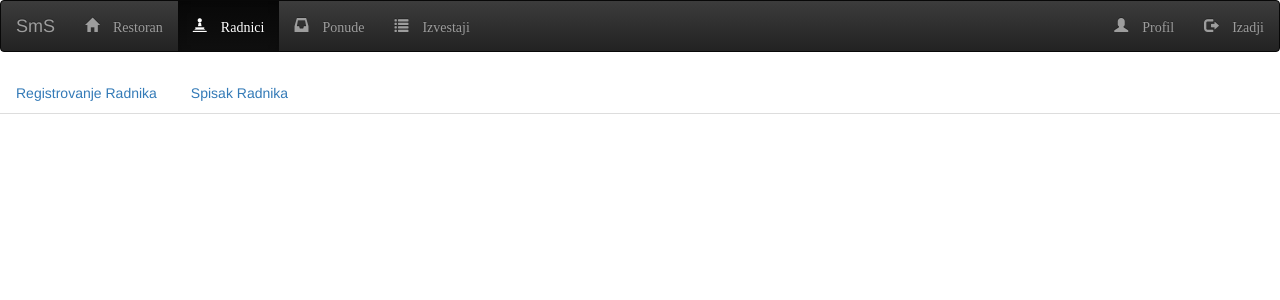
Repository: milanadam94/ISA-2016
Page: jpa-example/src/main/webapp/RestaurantManager/RestaurantManagerWorkers.html
The author's editor kept a copy of each file at every save. The page is drawn from the files as they stood at one save, then again after the next save.
The browser window is 1280 px wide. The pictures show the whole page.
Some web libraries are served in a nearby version.

Above is the page before, as saved 2017-03-01 08:41:00.

### jpa-example/src/main/webapp/RestaurantManager/RestaurantManagerWorkers.html
<!DOCTYPE html>
<html>
<head>
<meta charset="ISO-8859-1">
<title>Menadzer Restorana</title>

<!-- JQUERY -->
<script src="https://code.jquery.com/jquery-3.1.1.js" integrity="sha256-16cdPddA6VdVInumRGo6IbivbERE8p7CQR3HzTBuELA=" crossorigin="anonymous"></script>

<!-- BOOTSTRAP CSS -->
<link rel="stylesheet" href="https://maxcdn.bootstrapcdn.com/bootstrap/3.3.7/css/bootstrap.min.css" integrity="sha384-BVYiiSIFeK1dGmJRAkycuHAHRg32OmUcww7on3RYdg4Va+PmSTsz/K68vbdEjh4u" crossorigin="anonymous">

<!-- BOOTSTRAP THEME -->
<link rel="stylesheet" href="https://maxcdn.bootstrapcdn.com/bootstrap/3.3.7/css/bootstrap-theme.min.css" integrity="sha384-rHyoN1iRsVXV4nD0JutlnGaslCJuC7uwjduW9SVrLvRYooPp2bWYgmgJQIXwl/Sp" crossorigin="anonymous">

<!-- BOOTSTRAP JS -->
<script src="https://maxcdn.bootstrapcdn.com/bootstrap/3.3.7/js/bootstrap.min.js" integrity="sha384-Tc5IQib027qvyjSMfHjOMaLkfuWVxZxUPnCJA7l2mCWNIpG9mGCD8wGNIcPD7Txa" crossorigin="anonymous"></script>

<!-- ANGULAR JS -->
<script src="https://ajax.googleapis.com/ajax/libs/angularjs/1.6.1/angular.js"></script>

<script src="/JQuery-cookie-plugin/jquery.cookie.js"></script>

<!-- TOASTR -->
<!-- <script src="https://cdnjs.cloudflare.com/ajax/libs/toastr.js/latest/css/toastr.css"></script> -->

</head>
<body ng-app="restManager" ng-controller="restManagerWorkersController">

	<nav id="myNavbar" class="navbar navbar-inverse">
		<div class="container-fluid">
			<div class="navbar-header">
				<a class="navbar-brand">SmS</a>
			</div>
		<ul class="nav navbar-nav">
			<li><a href="RestaurantManager.html" ng-click="getRestaurant()"><span class="glyphicon glyphicon-home"> Restoran </span></a></li>
			<li class="active"><a href="RestaurantManagerWorkers.html"><span class="glyphicon glyphicon-pawn"> Radnici</span></a></li>
			<li><a href="RestaurantManagerOfferers.html"><span class="glyphicon glyphicon-inbox"> Ponude </span></a></li>
			<li><a href="RestourantManagerReport.html"><span class="glyphicon glyphicon-list"> Izvestaji </span></a></li>
		</ul>
		<ul class="nav navbar-nav navbar-right">
			<li><a href="#"><span class="glyphicon glyphicon-user"> Profil</span> </a>
			<li><a href="#"><span class="glyphicon glyphicon-log-out"> Izadji </span> </a>
		</ul>

		</div>
	</nav>


	<div>
		<div class="form-group">
			<ul class="nav nav-tabs">
				<li><a ng-click="registracija()">Registrovanje Radnika</a>
				<li><a ng-click="slisakRadnika()">Spisak Radnika</a>
			</ul>
		</div>


		<!--  REGISTRACIJA  -->
		<!--  ====================================================== -->
		<div ng-show="registrovanjeShow">
			<br/><br/><br/>
			<form class="form-horizontal">
  			<div class="form-group">
    			<label class="control-label col-sm-2" for="email">Email:</label>
    			<div class="col-sm-10">
      				<input type="email" class="form-control" id="email" ng-model="newWorker.email" placeholder="Unesite email">
    			</div>
  			</div>
  			<div class="form-group">
    			<label class="control-label col-sm-2" for="pwd">Lozinka:</label>
    			<div class="col-sm-10">
      				<input type="password" class="form-control" id="pwd" ng-model="newWorker.password" placeholder="Unesite lozinku">
    			</div>
  			</div>
  			<div class="form-group">
    			<label class="control-label col-sm-2" for="pwd2">Potvrda lozinke:</label>
    			<div class="col-sm-10">
      				<input type="password" class="form-control" id="pwd2" ng-model="passwordConfirm" placeholder="Potvrdite lozinku">
    			</div>
  			</div>
  			<div class="form-group">
    			<label class="control-label col-sm-2" for="ime">Ime:</label>
    			<div class="col-sm-10">
      				<input type="text" class="form-control" id="ime" ng-model="newWorker.name" placeholder="Unesite ime">
    			</div>
  			</div>
  			<div class="form-group">
    			<label class="control-label col-sm-2" for="prezime">Prezime:</label>
    			<div class="col-sm-10">
      				<input type="text" class="form-control" id="prezime" ng-model="newWorker.lastName" placeholder="Unesite prezime">
    			</div>
  			</div>
  			<div class="form-group">
  				<label class="control-label col-sm-2" for="tip">Radno mesto:</label>
  				<div class="col-sm-10">
						<select class="form-control" id="tip" ng-model="newWorker.userType" title="restaurant.category">
						<option>BARTENDER</option>
						<option>COOK</option>
						<option>WAITER</option>
						</select>
				</div>
  			</div>

  			<div class="form-group" ng-if="newWorker.userType == 'COOK'">
  				<label class="control-label col-sm-2" for="tip">Tip: </label>
  				<div class="col-sm-10" >
						<select class="form-control" id="tip" ng-model="$parent.cookType" >
						<option>SALAD</option>
						<option>FRIEDMEAL</option>
						<option>COOKEDMEAL</option>
						</select>
				</div>
  			</div>


  			<div class="form-group text-danger" ng-if="error">{{ errorMessage }}</div>
  			<div class="form-group">
    			<div class="col-sm-offset-2 col-sm-10">
      				<button type="submit" class="btn btn-primary" ng-click="registerWorker()">Registracija</button>
    			</div>
  			</div>
  			</form>

		</div>


		<!--  SPISAK RADNIKA SHOW -->
		<!--  =========================== -->

		<div ng-show="spisakRadnikaShow">
			<p1>Kuvari:</p1><br/>
			<table class="table">
				<tr bgcolor="lightgrey">
					<th>Ime</th>
					<th>Prezime</th>
					<th>Email</th>
					<th>Raspored Rada</th>
				</tr>
				<tr ng-repeat="i in cooks | orderBy:'name'">
					<td>{{i.user.name}}</td>
				 	<td>{{i.user.lastName}}</td>
					<td>{{i.user.email}}</td>
					<td><button type="submit" class="btn btn-info" ng-click="checkSchedule( i.user.id )">Pregled</button></td>
				</tr>
			</table>

			<p1>Konobari:</p1><br/>
			<table class="table">
				<tr bgcolor="lightgrey">
					<th>Ime</th>
					<th>Prezime</th>
					<th>Email</th>
					<th>Raspored Rada</th>
				</tr>
				<tr ng-repeat="i in waiters | orderBy:'name'">
					<td>{{i.user.name}}</td>
				 	<td>{{i.user.lastName}}</td>
					<td>{{i.user.email}}</td>
					<td><button type="submit" class="btn btn-info" ng-click="checkSchedule( i.user.id )">Pregled</button></td>
				</tr>
			</table>

			<p1>Sankeri:</p1><br/>
			<table class="table">
				<tr bgcolor="lightgrey">
					<th>Ime</th>
					<th>Prezime</th>
					<th>Email</th>
					<th>Raspored Rada</th>
				</tr>
				<tr ng-repeat="i in bartenders | orderBy:'name'">
					<td>{{i.user.name}}</td>
				 	<td>{{i.user.lastName}}</td>
					<td>{{i.user.email}}</td>
					<td><button type="submit" class="btn btn-info" ng-click="checkSchedule( i.user.id )">Pregled</button></td>
				</tr>
			</table>
		</div>


		<!--  PERIODICNI NIVO -->
		<!--  ================================ -->
		<div ng-show="pregledRaspored">

			<label>{{fullWorker.name}} {{fullWorker.lastName}} ({{fullWorker.email}}) </label>
			<table class="table">
				<tr bgcolor="lightgrey">
					<th>Pocetak</th>
					<th>Kraj</th>
					<th>Smena</th>
					<th ng-if="fullWorker.userType == 'WAITER'">Segment</th>
					<th>Status</th>
				</tr>
				<tr ng-repeat="i in allMySegments | orderBy:'startDate' : true">

					<td> {{ i.startDate | date: 'yyyy/MM/dd' }} </td>
				 	<td> {{ i.endDate | date: 'yyyy/MM/dd' }} </td>
					<td> {{ i.shift }} </td>
					<td ng-if="fullWorker.userType == 'WAITER'"> {{ $parent.i.segment.name }}</td>
					<td ng-if="i.endDate < today"> <font color="red">ISTEKAO</font></td>
					<td ng-if="i.endDate > today && i.startDate <= today"> <font color="green">U TOKU</font></td>
					<td ng-if="i.endDate > today && i.startDate > today"> <font color="yellow">USKORO</font></td>
				</tr>
			</table>




			<!--  DODAVANJE NOVOG  -->

			<form class="form-horizontal">
				<div class="form-group">
				<label class="control-label col-sm-2" >Pocetak: </label> <div class="col-sm-5"> <input type="date"  class="form-control" ng-model="newSchedule.startDate" > </input></div><br/><br/>

				<label class="control-label col-sm-2" >Kraj: </label> <div class="col-sm-5"><input type="date" class="form-control" ng-model="newSchedule.endDate"> </input>  </div><br/><br/>

				<label  class="control-label col-sm-2" >Smena:</label>
					 <div class="col-sm-5">
						<select class="form-control" ng-model="shiftType" >
						<option>FIRST</option>
						<option>SECOUND</option>
						<option>THRID</option>
						</select>
					</div>
				<br/><br/>


				<div ng-if="fullWorker.userType == 'WAITER'">
				<label  class="control-label col-sm-2" >Region:</label>
					<div class="col-sm-5">
					<select class="form-group" ng-model="$parent.newSegment">
						<option ng-repeat="i in segments" value="{{i.id}}">{{i.name}}</option>
					</select>
					</div>
				</div>
				 <br/><br/>
				<div class="form-group">
				<div class="col-sm-offset-2 col-sm-10">
					<button type="submit" class="btn btn-success" ng-click="addSchedule()">Dodaj Raspored</button>
					</div>
				</div>
				</div>
			</form>

		</div>




	</div>

</body>


<!-- ANGULAR SCRIPT -->
<script src="RestaurantManagerWorkers.js"></script>

</html>

### jpa-example/src/main/webapp/RestaurantManager/RestaurantManagerWorkers.js
angular.element(document).ready(function () {
    console.log('page loading completed');
});
var restManager = angular.module('restManager', []).config(['$qProvider', '$httpProvider', function ($qProvider, $httpProvider)  {
    $qProvider.errorOnUnhandledRejections(false);

}]).run(['$rootScope', '$http', '$window', function ($rootScope, $http, $window) {

	//namestiti dole u funckcijama gde treba user.email kada se ovo namesti!
	if (typeof $.cookie('user') !== 'undefined') {
		$scope.user = JSON.parse($.cookie('user'));

		if(user.userType == "GUEST") {
			$window.location.href = "/GuestPage/GuestPage.html";
		}
		// DALJE
	}

}]);




restManager.controller('restManagerWorkersController', [ '$scope', 'registarService', 'workerService', function($scope, registarService, workerService){

	setShows = function(registrovanjeShow, periodicniShow, spisakRadnikaShow, pregledRaspored){
		$scope.registrovanjeShow = registrovanjeShow;
		$scope.periodicniShow = periodicniShow;
		$scope.spisakRadnikaShow = spisakRadnikaShow;
		$scope.pregledRaspored = pregledRaspored;
	}
	setShows(false,false,false,false);

	$scope.error = false;
	$scope.errorMessage = "";

	$scope.cookType = "";
	$scope.today = new Date();


	$scope.registracija = function(){
		setShows(true,false,false,false);
	}

	$scope.periodicniNivo = function(){
		setShows(false,true,false,false);
	}


	$scope.slisakRadnika = function(){
		setShows(false,false,true,false);

		workerService.getCooks().then(
				function(response){
					$scope.cooks = response.data;
				}
		);

		workerService.getBartenders().then(
				function(response){
					$scope.bartenders = response.data;
				}
		);

		workerService.getWaiters().then(
				function(response){
					$scope.waiters = response.data;
				}
		);




	}

	$scope.newWorker = {
			email : "",
			password : "",
			name : "",
			lastName : "",
			userType : ""
	}




	$scope.registerWorker = function(){

		if($scope.newWorker.email == "" ||
				$scope.newWorker.pasword == "" ||
				$scope.newWorker.name == "" ||
				$scope.newWorker.lastName == "" ||
				$scope.newWorker.userType == "" ||
				$scope.newWorker.password != $scope.passwordConfirm ||
				($scope.newWorker.userType == "COOK" && $scope.cookType == "")){

			$scope.error = true;
			$scope.errorMessage = "Neispravan unos!";
			return;
		}
		$scope.error = false;
		registarService.registarWorker($scope.newWorker,$scope.cookType);
	}


	// PREGLED RADA
	$scope.checkSchedule = function(workerID){
		$scope.pregledRaspored = true;
		$scope.spisakRadnikaShow = false;
		$scope.workerID = workerID;

		workerService.getSchedules(workerID).then(

			function(response){
				$scope.myWorkerSchedule = response.data;
			}

		);

		workerService.loadAllSegments().then(
				function(response){
					$scope.segments = response.data;
				}

		);

		registarService.getUser(workerID).then(

				function(response){
					$scope.fullWorker = response.data;

					if($scope.fullWorker.id == ""){
						return;
					}

					workerService.loadAllMySegments($scope.fullWorker.id).then(
							function(response){

								$scope.allMySegments = response.data;

							}

					);

				}

		);



	}

	$scope.newSchedule = {
			startDate: "",
			endDate: ""
	}

	$scope.shiftType = ""
	$scope.newSegment = "";

	$scope.addSchedule = function(){

		if($scope.newSchedule.startDate < new Date() || $scope.newSchedule.startDate == "" ||
				$scope.newSchedule.endDate < new Date() || $scope.newSchedule.endDate == "" ||
				$scope.newSchedule.startDate > $scope.newSchedule.endDate ||
				$scope.shiftType == "" || $scope.workerID == ""){
			alert("Los unos!");
			return;
		}

		if($scope.newSegment == ""){
			$scope.newSegment = 0;
		}

		$scope.newSchedule.startDate = new Date($scope.newSchedule.startDate);
		$scope.newSchedule.endDate = new Date($scope.newSchedule.endDate);



		workerService.addSchedule($scope.newSchedule, $scope.newSegment,$scope.workerID, $scope.shiftType).then(

				function(response){
					if(response.data == "Error free"){
						alert(response.data);
						$scope.newSchedule.startDate = "";
						$scope.newSchedule.endDate = "";
						$scope.newSegment = "";
						$scope.shiftType = "";

						location.reload();
					}else{
						alert(response.data);
					}



				}

		);

	}




}]);





restManager.service('registarService',['$window', '$http', function($window, $http){

	this.registarWorker = function(newWorker, cookType){

		$http({
			  method: 'POST',
			  data : newWorker,
		      url : "../restManager/registarWorker/1/" + cookType //========================================== dodati user email
		}).then(function success(response){
				if(response.data == "Error free"){
					alert("Uspesno registrovan radnik");
					location.reload();
				}else{
					alert(response.data);
				}

			},
				function error(response) {
				  	alert("Error!");
			  }
		);

	}

	this.getUser = function (userID){
		return $http({
			  method: 'GET',
		      url : "../restManager/getUser/" + userID
		})

	}


}]);

restManager.service('workerService',['$window', '$http', function($window, $http){

	this.getCooks = function (){

		return $http({
			  method: 'GET',
		      url : "../restManager/getCooks/1" //========================================== dodati user email
		});

	}

	this.getBartenders = function(){
		return $http({
			  method: 'GET',
		      url : "../restManager/getBartenders/1" //========================================== dodati user email
		});

	}

	this.getWaiters = function(){
		return $http({
			  method: 'GET',
		      url : "../restManager/getWaiters/1" //========================================== dodati user email
		});

	}


	this.getSchedules = function(workerID){

		return $http({
			  method: 'GET',
		      url : "../restManager/getSchedules/" + workerID
		});

	}


	this.loadAllSegments = function(){
		return $http({
			  method: 'GET',
		      url : "../restManager/loadAllSegments/1" //========================================== dodati user Email
		});

	}


	this.addSchedule = function(newSchedule, scheduleSegment, workerID, shiftType){
		console.log(newSchedule)
		return $http({
			  method: 'POST',
			  data: newSchedule,
		      url : "../restManager/addSchedule/"+shiftType+"/"+ workerID + "/" + scheduleSegment
		});
	}


	this.loadAllMySegments = function(workerID){
		return $http({
			  method: 'GET',
		      url : "../restManager/loadAllMySegments/" + workerID
		});
	}

}]);

Loaded but not shown: jpa-example/src/main/webapp/JQuery-cookie-plugin/jquery.cookie.js (library)

After the next save:
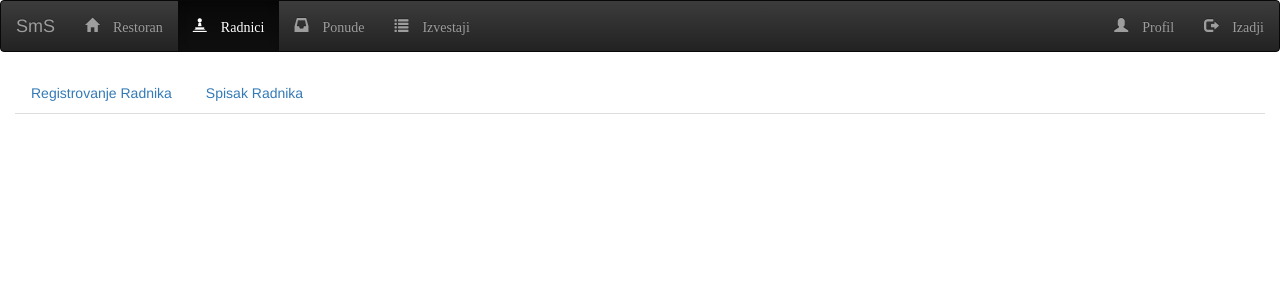
Saved 32 s later.
--- a/jpa-example/src/main/webapp/RestaurantManager/RestaurantManagerWorkers.html
+++ b/jpa-example/src/main/webapp/RestaurantManager/RestaurantManagerWorkers.html
@@ -48,12 +48,17 @@
 
 
 	<div>
-		<div class="form-group">
-			<ul class="nav nav-tabs">
+
+		<nav clas="navbar navbar-default">
+			<div class="container-fluid">
+			<div class="form-group">
+				<ul class="nav nav-tabs">
 				<li><a ng-click="registracija()">Registrovanje Radnika</a>
 				<li><a ng-click="slisakRadnika()">Spisak Radnika</a>
 			</ul>
-		</div>
+			</div>
+			</div>
+		</nav>
 
 
 		<!--  REGISTRACIJA  -->
